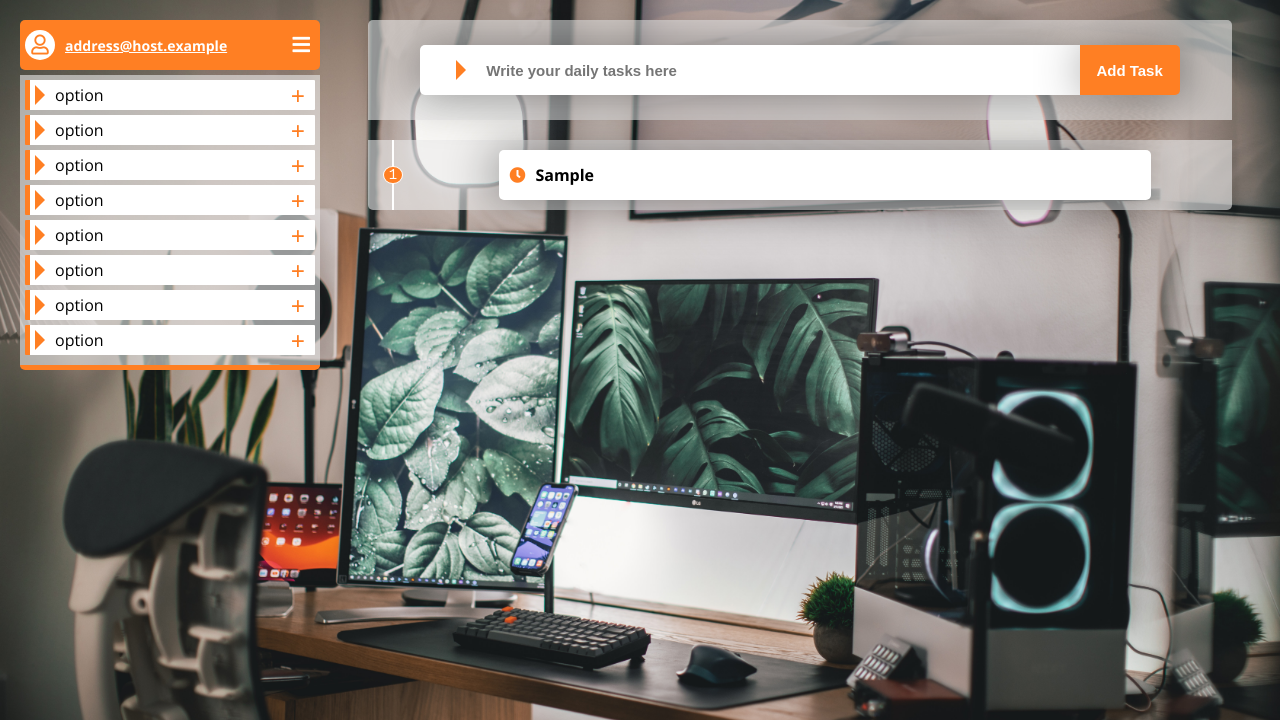
Repository: OmarEssameldinMousa/To-do-list-level01
Page: index.html
These files come from the project's save history. The page is drawn as it stood at one moment and after the next save; the edit follows.
The browser window is 1280 px wide. The pictures show the whole page.
Empty fields were first filled with sample values (such as "Sample", 5 or name@example.com).
After loading, the first visible `input.add` was clicked once.

Above is the page before, as saved 2023-08-10 01:56:27.

After the next save:
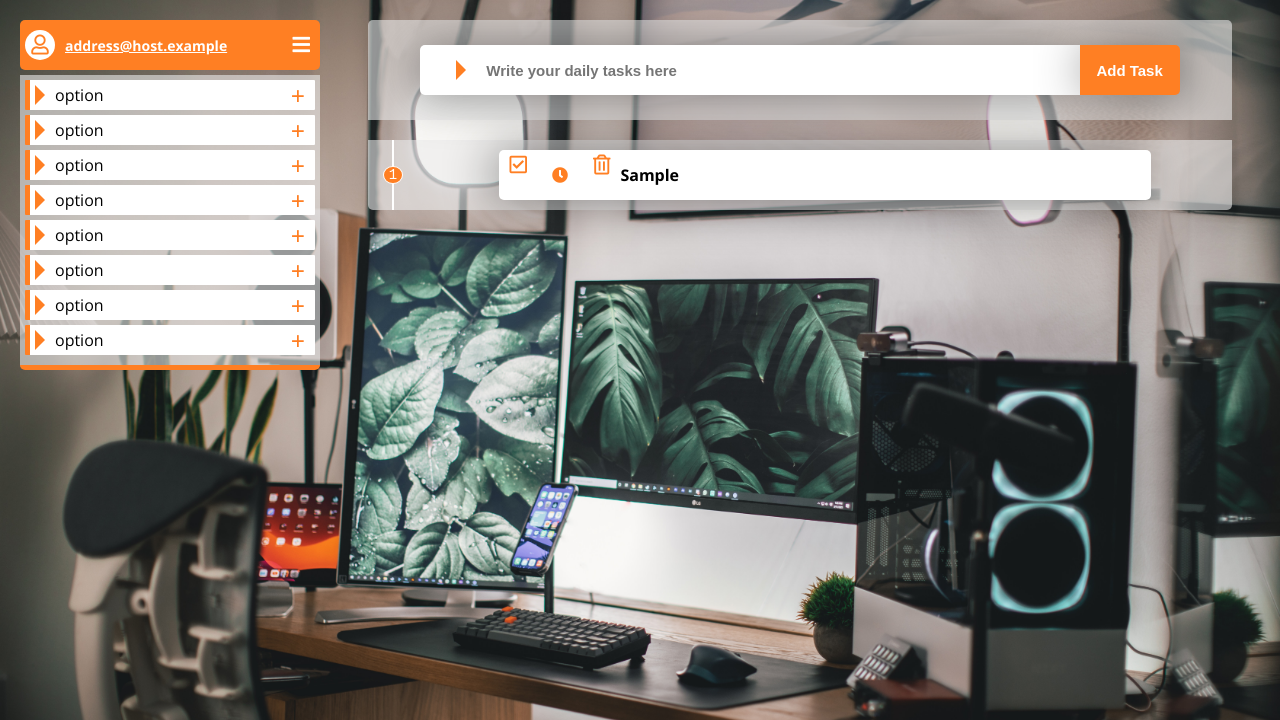
Saved 30 s later.
--- a/main.css
+++ b/main.css
@@ -250,23 +250,20 @@
 } */
 
 .container .tasks .tasks-container .task i:first-of-type {
-    position: absolute;
-    right: 4%;
+    top: 53%;
+    transform: translateY(-50%);
+    color: #ff7f23;
+    font-size: 20px;
+    margin-right: 15px;
+}
+
+.container .tasks .tasks-container .task i:last-of-type {
     top: 50%;
     transform: translateY(-50%);
-    color: white;
-    z-index: 1;
+    color: #ff7f23;
     font-size: 20px;
-}
-
-.container .tasks .tasks-container .task i:last-of-type {
-    position: absolute;
-    right: 0%;
-    top: 50%;
-    transform: translateY(-50%);
-    color: white;
-    z-index: 1;
-    font-size: 20px;
+    margin-left: 15px;
+
 }
 
 .container .tasks .tasks-numbers {

After the save that followed:
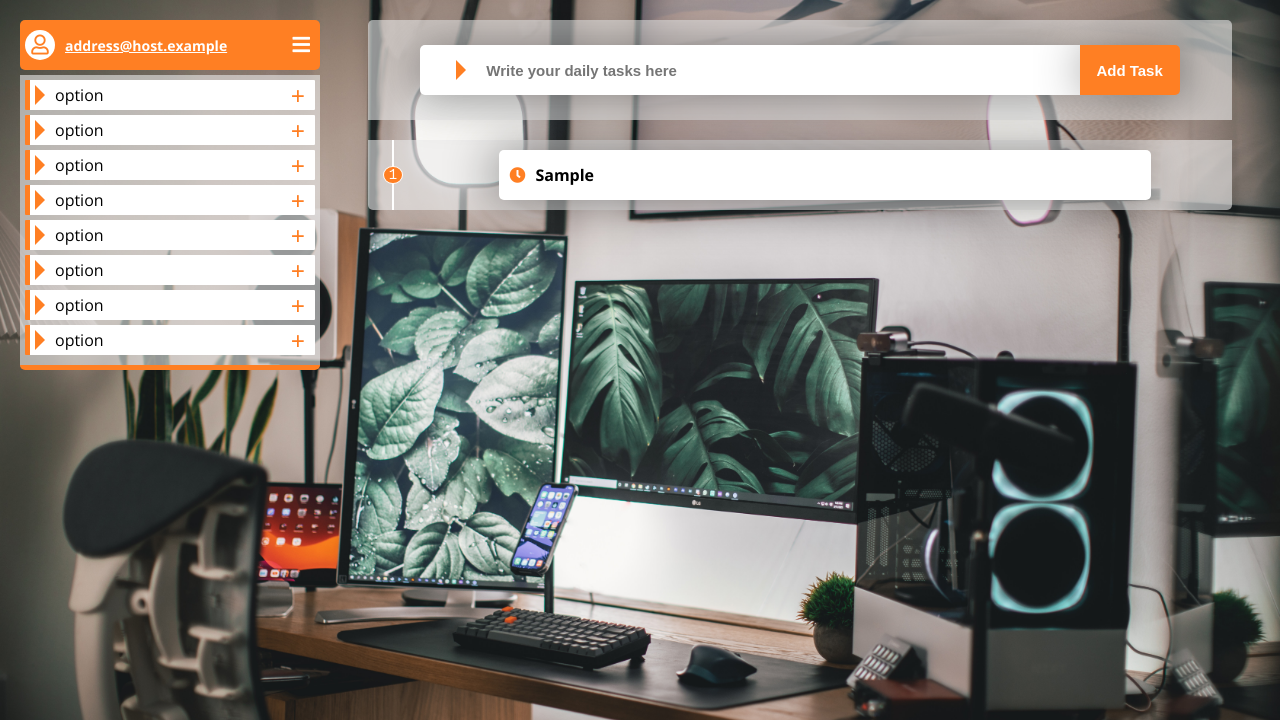
Saved 23 s later.
--- a/main.css
+++ b/main.css
@@ -250,20 +250,23 @@
 } */
 
 .container .tasks .tasks-container .task i:first-of-type {
-    top: 53%;
-    transform: translateY(-50%);
-    color: #ff7f23;
-    font-size: 20px;
-    margin-right: 15px;
-}
-
-.container .tasks .tasks-container .task i:last-of-type {
+    position: absolute;
+    right: 4%;
     top: 50%;
     transform: translateY(-50%);
-    color: #ff7f23;
+    color: white;
+    z-index: 1;
     font-size: 20px;
-    margin-left: 15px;
-
+}
+
+.container .tasks .tasks-container .task i:last-of-type {
+    position: absolute;
+    right: 0%;
+    top: 50%;
+    transform: translateY(-50%);
+    color: white;
+    z-index: 1;
+    font-size: 20px;
 }
 
 .container .tasks .tasks-numbers {
